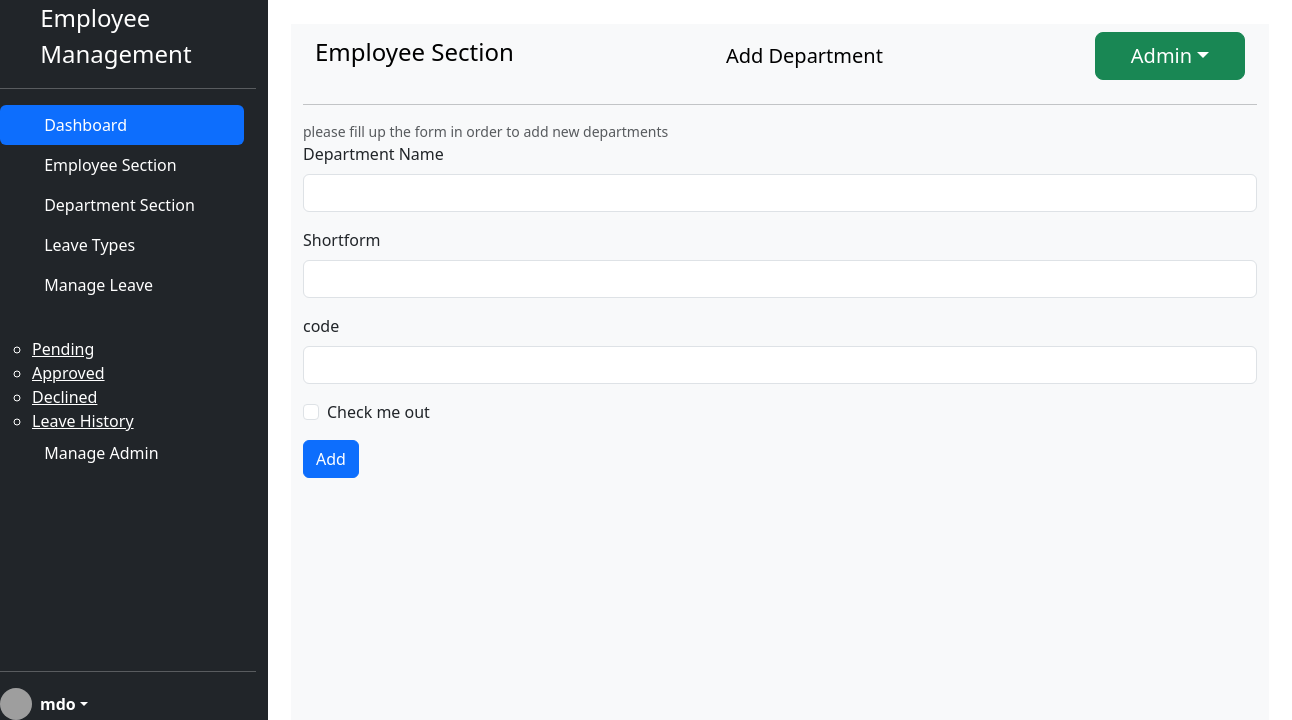
Repository: Ashish4910/Leave-Application-Management
Page: http://localhost/Employee_management/Admin/Add_Departments.jsp
An editor plug-in stored every save of this project. The page is shown before and after the next save, followed by the edit.
The browser window is 1280 px wide. The page is 1292 px wide, so the pictures cover 1292 px, including what lies to the right of the window. The pictures show the whole page.
Pictures or frames that could not be fetched are drawn as grey boxes. The page is served by Tomcat 9. Other server files are loaded and not shown.

Above is the page before, as saved 2023-12-04 04:53:22.

### Employee Management Project/Employee_management/src/main/webapp/Admin/Add_Departments.jsp
<!doctype html>
<html lang="en">
<head>
<meta charset="utf-8">
<meta name="viewport" content="width=device-width, initial-scale=1">
<title>Admin Dashboard</title>
<link
	href="https://cdn.jsdelivr.net/npm/bootstrap@5.3.2/dist/css/bootstrap.min.css"
	rel="stylesheet"
	integrity="sha384-T3c6CoIi6uLrA9TneNEoa7RxnatzjcDSCmG1MXxSR1GAsXEV/Dwwykc2MPK8M2HN"
	crossorigin="anonymous">

<style type="text/css">
.full-height-sidebar {
	height: 100vh;
	background-color: #111;
	color: white;
}

.custom-width {
	width: 280px;
}

.btn-wider {
	min-width: 150px; /* Adjust the width as needed */
}
}
</style>
<link rel="stylesheet"
	href="https://cdnjs.cloudflare.com/ajax/libs/font-awesome/6.2.1/css/all.min.css"
	integrity="sha512-MV7K8+y+gLIBoVD59lQIYicR65iaqukzvf/nwasF0nqhPay5w/9lJmVM2hMDcnK1OnMGCdVK+iQrJ7lzPJQd1w=="
	crossorigin="anonymous" referrerpolicy="no-referrer" />
</head>
<body>

	<div class="row">
		<div
			class="d-flex flex-column  text-bg-dark  col-lg-2 full-height-sidebar custom-width ">
			<a href="/"
				class="d-flex align-items-center mb-3 mb-md-0 me-md-auto text-white text-decoration-none">
				<svg class="bi pe-none me-2" width="40" height="32">
				<use xlink:href="#bootstrap"></use></svg> <span class="fs-4">Employee
					Management</span>
			</a>
			<hr>
			<ul class="nav nav-pills flex-column mb-auto container-fluid">
				<li class="nav-item"><a href="Admin_dashboard.jsp"
					class="nav-link active" aria-current="page"> <svg
							class="bi pe-none me-2" width="16" height="16">
						<use xlink:href="#home"></use></svg> Dashboard
				</a></li>
				<li><a href="Employee_Section.jsp" class="nav-link text-white">
						<svg class="bi pe-none me-2" width="16" height="16">
						<use xlink:href="#speedometer2"></use></svg> Employee Section
				</a></li>
				<li><a href="Departments.jsp" class="nav-link text-white">
						<svg class="bi pe-none me-2" width="16" height="16">
						<use xlink:href="#table"></use></svg> Department Section
				</a></li>
				<li><a href="Leave_type.jsp" class="nav-link text-white"> <svg
							class="bi pe-none me-2" width="16" height="16">
						<use xlink:href="#grid"></use></svg> Leave Types
				</a></li>


				<a href="Add_Departments.jsp" class="nav-link text-white"
					data-bs-toggle="dropdown" aria-expanded="false"> <svg
						class="bi pe-none me-2" width="16" height="16">
						<use xlink:href="#grid"></use></svg> Manage Leave


				<ul class="">
					<li><a class="text-white" href="#">Pending</a></li>
					<li><a class="text-white" href="#">Approved</a></li>
					<li><a class="text-white" href="#">Declined</a></li>
					<li><a class="text-white" href="#">Leave History</a></li>
					</a>
				</ul>


				</li>

				<li><a href="Manage_Admin.jsp" class="nav-link text-white">
						<svg class="bi pe-none me-2" width="16" height="16">
						<use xlink:href="#people-circle"></use></svg> Manage Admin
				</a></li>
			</ul>
			<hr>
			<div class="dropdown">
				<a href="#"
					class="d-flex align-items-center text-white text-decoration-none dropdown-toggle"
					data-bs-toggle="dropdown" aria-expanded="false"> <img
					src="https://github.com/mdo.png" alt="" width="32" height="32"
					class="rounded-circle me-2"> <strong>mdo</strong>
				</a>
				<ul class="dropdown-menu dropdown-menu-dark text-small shadow">
					<li><a class="dropdown-item" href="#">New project...</a></li>
					<li><a class="dropdown-item" href="#">Settings</a></li>
					<li><a class="dropdown-item" href="#">Profile</a></li>
					<li><hr class="dropdown-divider"></li>
					<li><a class="dropdown-item" href="#">Sign out</a></li>
				</ul>
			</div>
		</div>




		<!-- ==================================== Second Div Start ===================== -->
		<div class="container col-lg-9 bg-light mt-4">

			<div class="card-body">
				<nav class="navbar navbar-light bg-light">
					<div class="container-fluid">
						<a class="navbar-brand" href="#"><h4>Employee Section</h4></a> <a
							class="navbar-brand" href="#">Add Department</a>
						<!-- <button type="button" class="btn btn-primary"
							style="hight: 200px; width: 200px">Admin</button>  -->



						<div class="dropdown nav-item ">
							<a class="btn btn-success dropdown-toggle btn-lg  btn-wider "
								href="#" role="button" data-bs-toggle="dropdown"
								aria-expanded="false">Admin</a>
							<ul class="dropdown-menu">
								<li><a class="dropdown-item" href="#">Log-Out</a></li>
							</ul>
						</div>
					</div>
				</nav>
			</div>

			<hr>
			<form action="../Departments" method="Post">
				<div class="mb-3">
					<div id="emailHelp" class="form-text">please fill up the form
						in order to add new departments</div>
					<label for="department_name" class="form-label">Department
						Name </label> <input type="text" class="form-control"
						aria-describedby="departmenmtHelp" name="department_name" required>

				</div>
				<div class="mb-3">
					<label for="Shortform" class="form-label">Shortform</label> <input
						type="test" class="form-control" name="shortform" required>
				</div>
				<div class="mb-3">
					<label for="code" class="form-label">code</label> <input
						type="text" class="form-control" name="code" required>
				</div>
				<div class="mb-3 form-check">
					<input type="checkbox" class="form-check-input"> <label
						class="form-check-label" for="exampleCheck1">Check me out</label>
				</div>
				<button type="submit" class="btn btn-primary">Add</button>
			</form>



			<!-- 	========================second div end ========================= -->
		</div>








		<script
			src="https://cdn.jsdelivr.net/npm/bootstrap@5.3.2/dist/js/bootstrap.bundle.min.js"
			integrity="sha384-C6RzsynM9kWDrMNeT87bh95OGNyZPhcTNXj1NW7RuBCsyN/o0jlpcV8Qyq46cDfL"
			crossorigin="anonymous"></script>
</body>
</html>

After the next save:
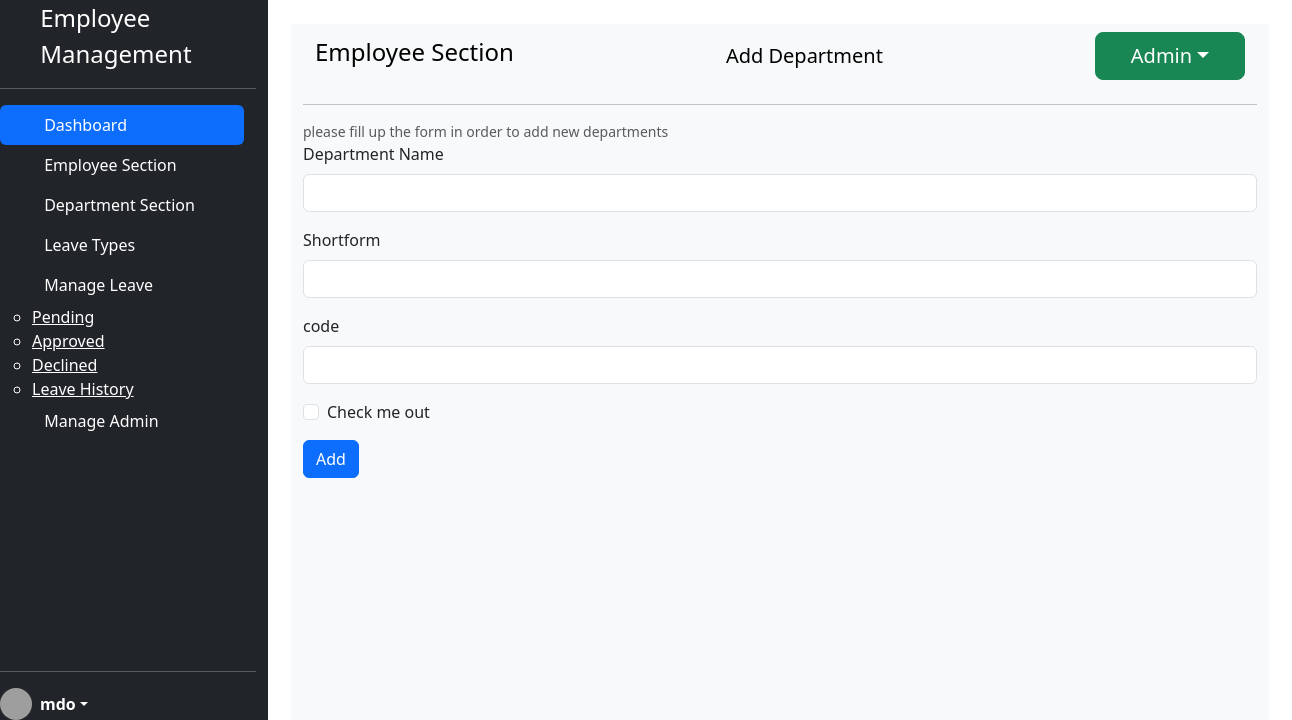
Saved 42 s later.
--- a/Employee Management Project/Employee_management/src/main/webapp/Admin/Add_Departments.jsp
+++ b/Employee Management Project/Employee_management/src/main/webapp/Admin/Add_Departments.jsp
@@ -67,14 +67,14 @@
 					data-bs-toggle="dropdown" aria-expanded="false"> <svg
 						class="bi pe-none me-2" width="16" height="16">
 						<use xlink:href="#grid"></use></svg> Manage Leave
-
+			</a>
 
 				<ul class="">
 					<li><a class="text-white" href="#">Pending</a></li>
 					<li><a class="text-white" href="#">Approved</a></li>
 					<li><a class="text-white" href="#">Declined</a></li>
 					<li><a class="text-white" href="#">Leave History</a></li>
-					</a>
+
 				</ul>
 
 
